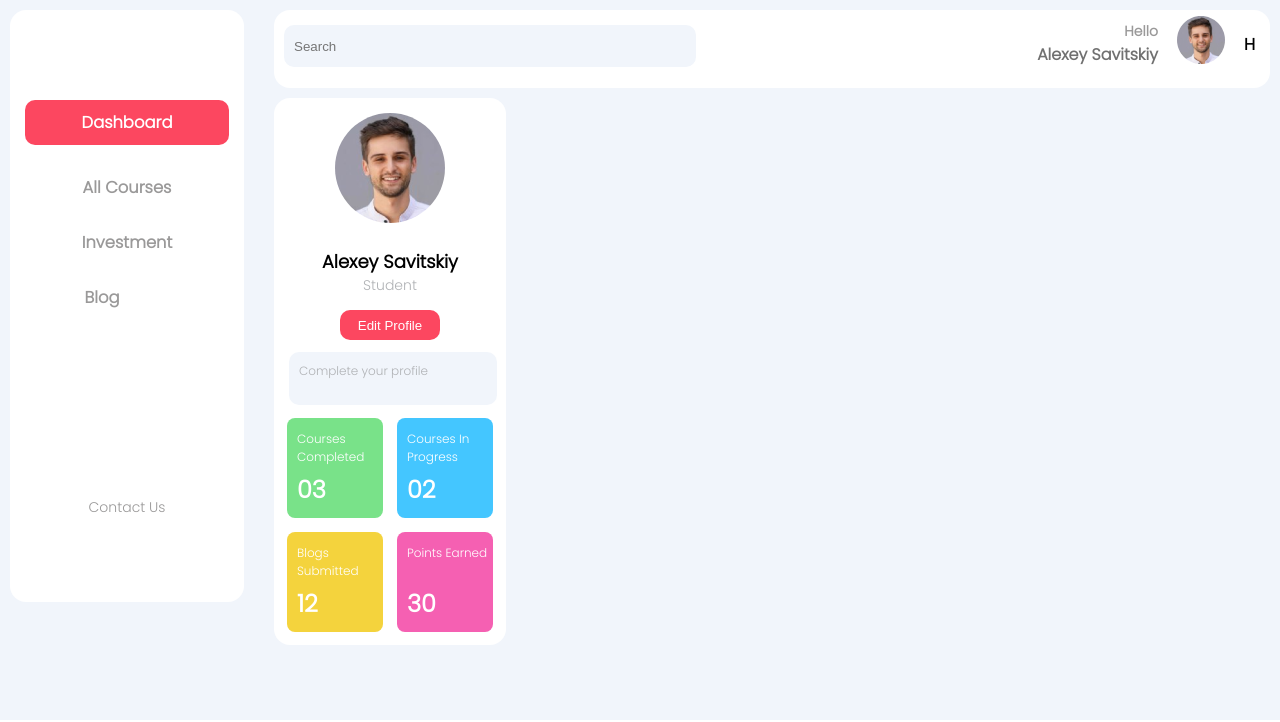
Repository: Anuruddha00/dashboard-design
Page: /
The author's editor kept a copy of each file at every save. The page is drawn from the files as they stood at one save, then again after the next save.
The browser window is 1280 px wide. The pictures show the whole page.
The project was rebuilt for these pictures with package versions that can differ from the ones it lists, and the page was loaded fresh each time.

Above is the page before, as saved 2021-05-07 14:28:09.

After the next save:
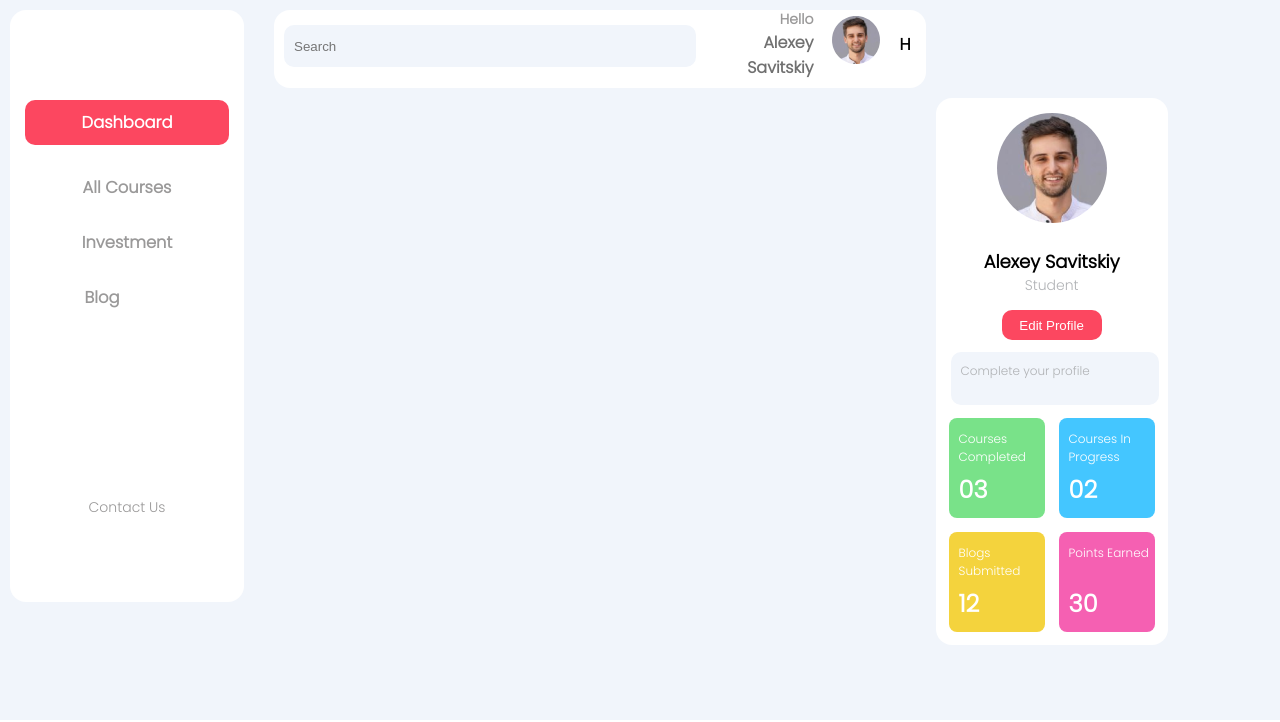
Saved 5 s later.
--- a/src/containers/Dashboard/Dashboard.scss
+++ b/src/containers/Dashboard/Dashboard.scss
@@ -125,7 +125,8 @@ body{
                 &Body{
                     display: grid;
                     grid-template-columns: 2fr 4fr 3fr;
-
+                    grid-row: 2;
+                        grid-column: 2/ 4;
 
                     .details{
                         border-radius: 16px;

After the save that followed:
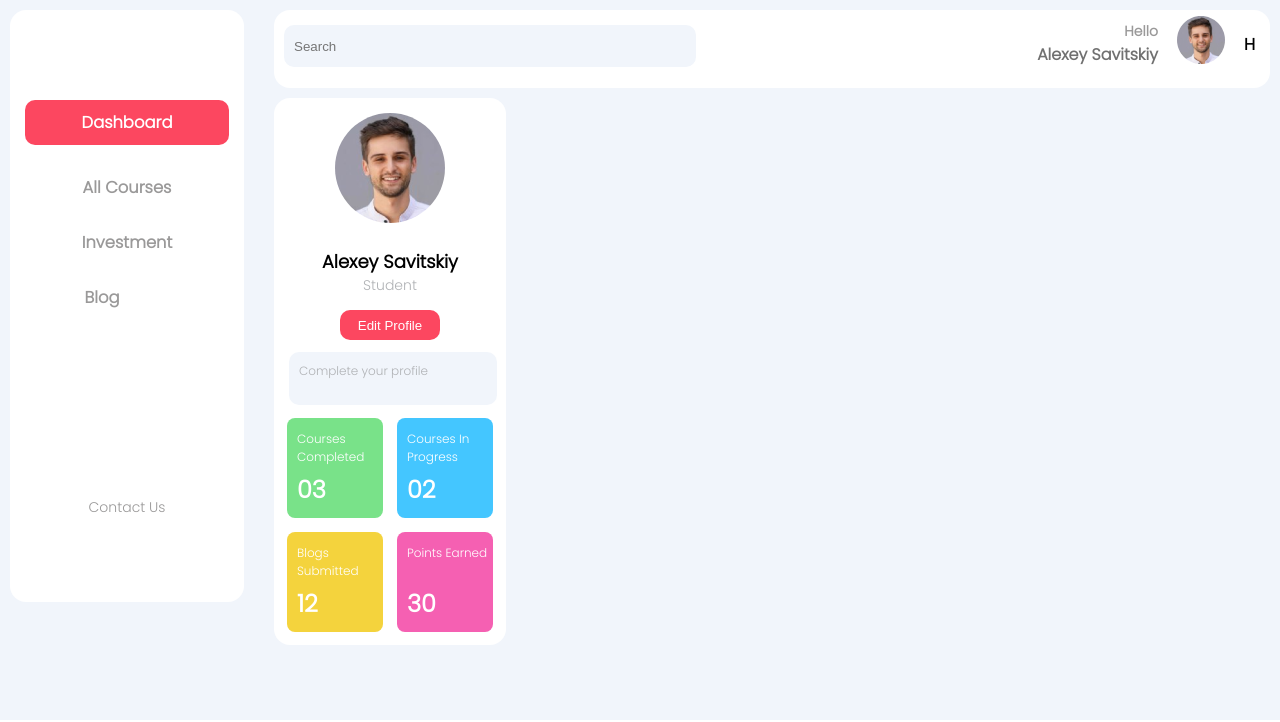
Saved 12 s later.
--- a/src/containers/Dashboard/Dashboard.scss
+++ b/src/containers/Dashboard/Dashboard.scss
@@ -125,16 +125,15 @@ body{
                 &Body{
                     display: grid;
                     grid-template-columns: 2fr 4fr 3fr;
-                    grid-row: 2;
-                        grid-column: 2/ 4;
+
 
                     .details{
                         border-radius: 16px;
                         background: #ffffff;
 
-
                         &About{
-
+                            grid-row: 2;
+                        grid-column: 2/ 4;
                             &Profile{
                                 text-align: center;
                                 margin-top: 15px;
